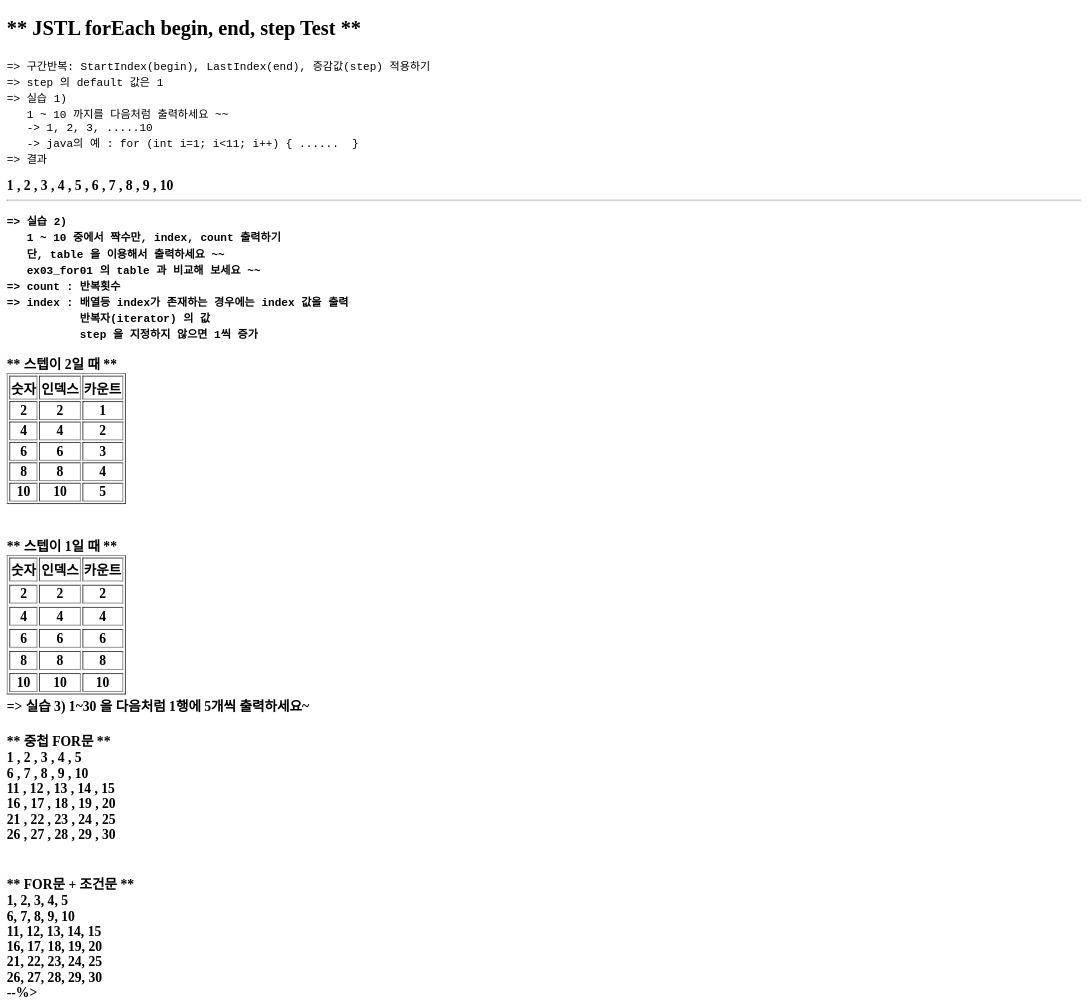
Repository: JYH94/JAVA
Page: http://localhost/web01/jsp03_jstl/ex03_for02.jsp
The author's editor kept a copy of each file at every save. The page is drawn from the files as they stood at one save, then again after the next save.
The browser window is 1280 px wide. The pictures show the whole page, at 85% of full size.
The page is served by Tomcat 9.

Above is the page before, as saved 2024-01-17 01:49:42.

After the next save:
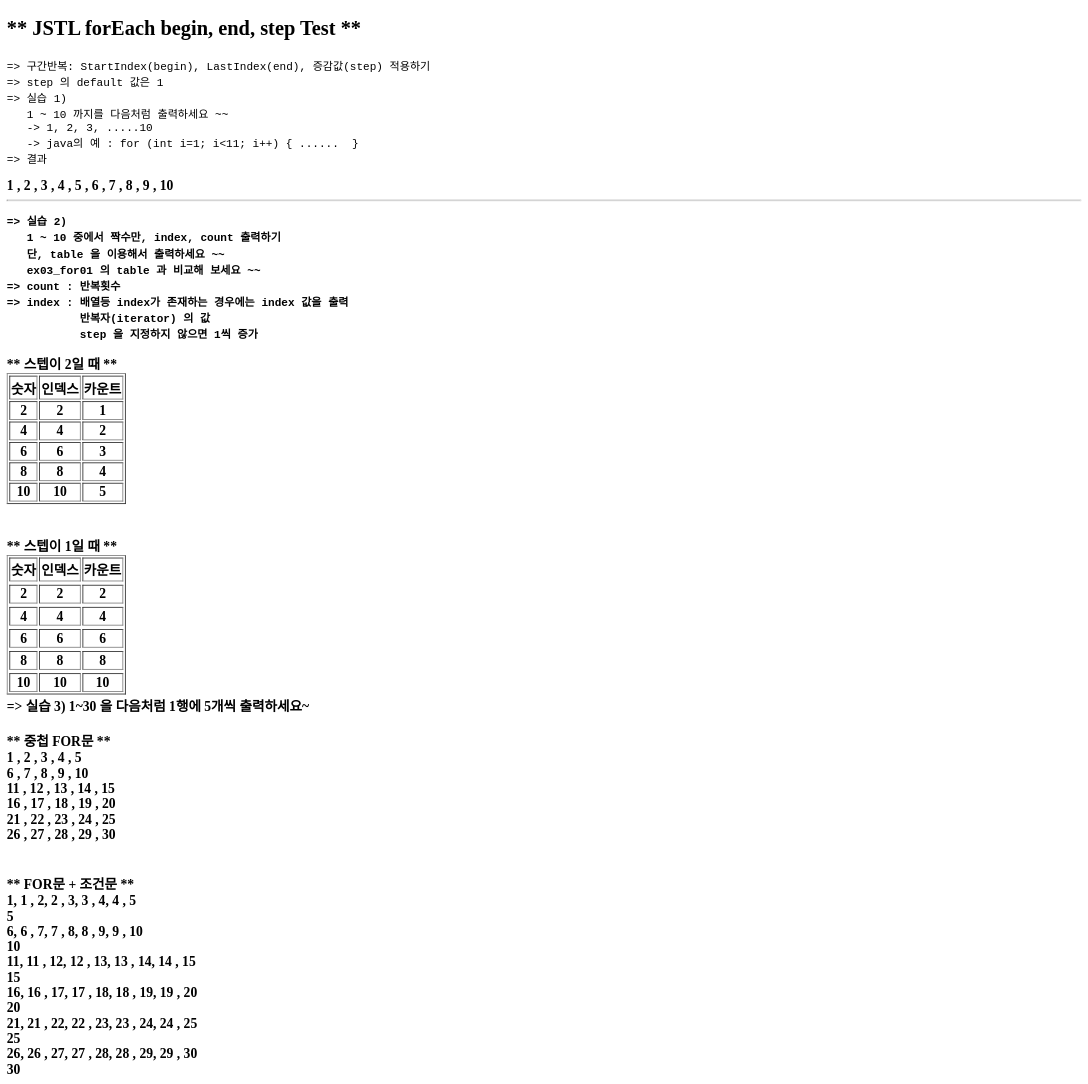
Saved 74 s later.
--- a/web01/src/main/webapp/jsp03_jstl/ex03_for02.jsp
+++ b/web01/src/main/webapp/jsp03_jstl/ex03_for02.jsp
@@ -123,8 +123,12 @@ forEach반복문이 1부터 돌면서 조건문을 통해 건너뛰기 때문에
 			<br>
 		</c:when>
 	</c:choose>
+
+	${i}
+	${i%5 == 0 ? "<br>" : ", " }
+
 </c:forEach>
- --%>
+
 
 
 
